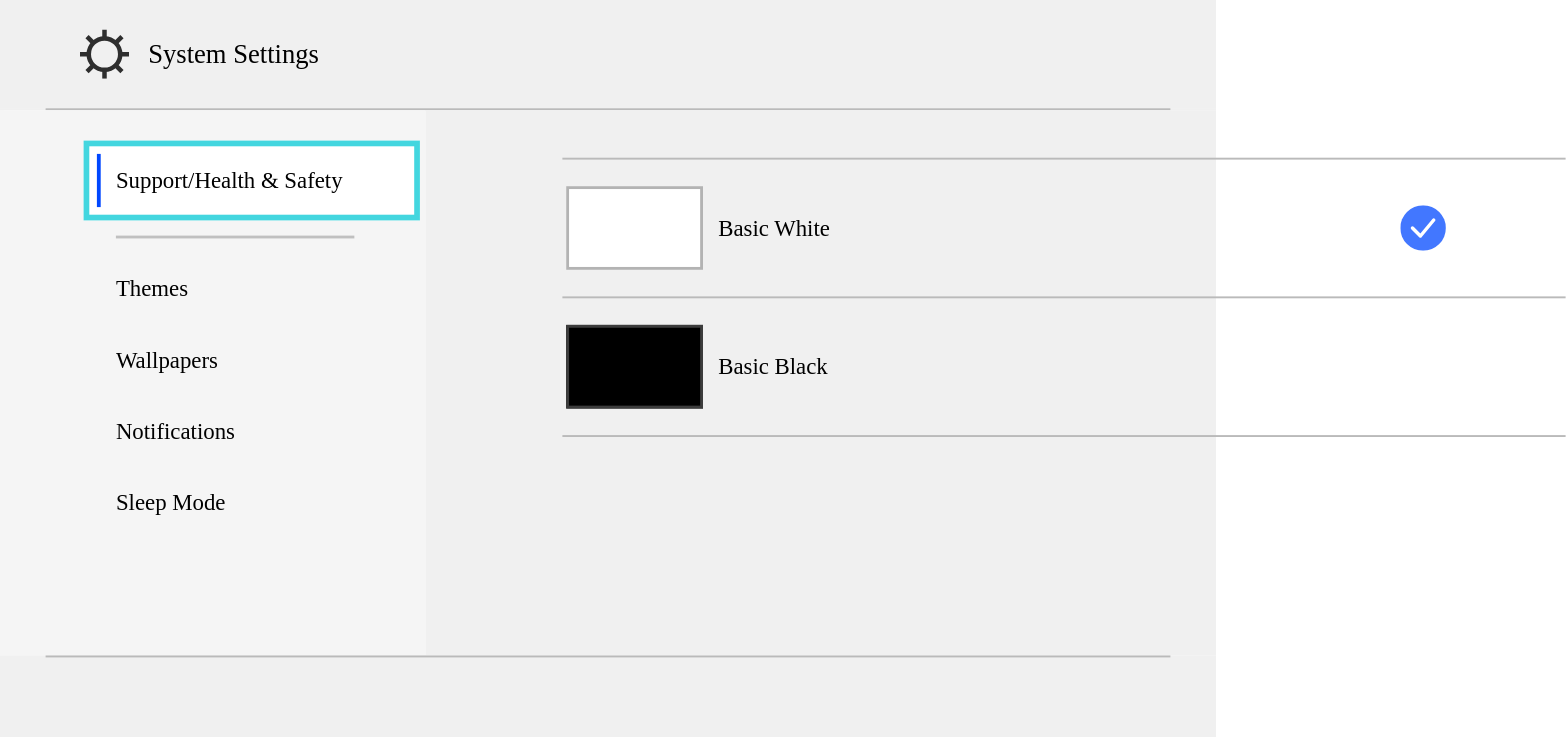
Repository: danielj1415/nintendoSwitchUI2
Page: /settings
The author's editor kept a copy of each file at every save. The page is drawn from the files as they stood at one save, then again after a run of saves.
The browser window is 1280 px wide. The page is 1648 px wide, so the pictures cover 1648 px, including what lies to the right of the window. The pictures show the whole page, at 95% of full size.
The project was rebuilt for these pictures with package versions that can differ from the ones it lists, and the page was loaded fresh each time. Also part of the build but not shown: vite.config.js, src/ScreenHome.jsx.

Above is the page before, as saved 2024-09-30 09:57:28.

### src/App.jsx
import { BrowserRouter as Router, Routes, Route } from "react-router-dom";
import ScreenHome from "./ScreenHome";
import ScreenSettings from "./ScreenSettings";
import './App.css';

function App() {
  return (
    <Router>
      <Routes>
        <Route path="/" element={<ScreenHome />} />
        <Route path="/settings" element={<ScreenSettings />} />
      </Routes>
    </Router>
  );
}

export default App;

### src/ScreenSettings.jsx

import "./ScreenSettings.css";
import iconBrightnessLight from "./assets/icons/iconBrightnessLight.svg";
import { useState, useEffect } from "react";
import iconCheckMark from "./assets/icons/iconCheckMark.svg";

function ScreenSettings(){

    const settingsOptions = [
        { name: "Support/Health & Safety"},
        { name: "Themes"},
        { name: "Wallpapers"},
        { name: "Notifications"},
        { name: "Sleep Mode"},
        //{ name: "Airplane Mode"}, // Add corresponding images for these games
      ];

      const [selectedIndex, setSelectedIndex] = useState(0);
      const [optionsTheme, setOptionsTheme] = useState(true); // true means the user is on the Themes page for the system settings
      const [optionsWallpaper, setOptionsWallpaper] = useState(false); // true means the user is on the Wallpaper page for the system settings

      useEffect(() => {
        const handleKeyDown = (event) => {
          if (event.key === "ArrowDown") {
            event.preventDefault();
            setSelectedIndex((prevIndex) =>
              prevIndex < settingsOptions.length - 1 ? prevIndex + 1 : 0
            );
          } else if (event.key === "ArrowUp") {
            event.preventDefault();
            setSelectedIndex((prevIndex) =>
              prevIndex > 0 ? prevIndex - 1 : settingsOptions.length - 1
            );
          }
        };

        window.addEventListener("keydown", handleKeyDown);

        // Clean up the event listener
        return () => {
          window.removeEventListener("keydown", handleKeyDown);
        };
      }, [settingsOptions.length]);

    return(
        <div className = "settingsScreen">
            <div className = "topMenuSettings">
                <div className = "topMenuRow">
                    <img src = {iconBrightnessLight} className = "iconBrightnessLight marginRight28 marginLeft108"/>
                    <p className = "headingText">System Settings</p>
                </div>
                <div className = "divider"/>
            </div>
            <div className="middleMenuSettings">
            <div className="leftMenuSettings">
            <div className = "spacer"/>
            {/* Render the first option separately */}
            {settingsOptions.slice(0, 1).map((option, index) => (
                <div
                    key={index}
                    className={`leftMenuOptions ${
                        selectedIndex === index ? "selectedOption" : "unselectedOption"
                    }`}
                >
                    {selectedIndex === index && (
                        <div className="selectedOptionLine marginLeft8 marginRight16" />
                    )}
                    <div>
                        <p className={`subheadingText`}>{option.name}</p>
                    </div>
                    {/* Add a line after the first option */}
                    <div className="lineAfterOption"></div>
                </div>
            ))}
            <div className = "square"/>
            {/* Render the remaining options */}
            {settingsOptions.slice(1).map((option, index) => (
            <div
                key={index + 1}  // Offset index for the remaining items
                className={`leftMenuOptions ${
                    selectedIndex === index + 1 ? "selectedOption" : "unselectedOption"
                }`}
            >
                {selectedIndex === index + 1 && (
                    <div className="selectedOptionLine marginLeft8 marginRight16" />
                )}
                <div>
                    <p className={`subheadingText`}>{option.name}</p>
                </div>
            </div>
            ))}
            </div>
                <div className="rightMenuSettings">
                {optionsTheme === true && ( // theme page on system settings
                    <div className = "themePage">
                        <div className = "themeLine marginTop64"></div>
                        <div className = "themeRowSelected marginLeft144">
                            <div className = "themeWhiteRectangle marginRight16 marginLeft32"></div>
                            <p className = "subheadingText">Basic White</p>
                            <img className = "iconCheckMark" src = {iconCheckMark}/>
                        </div>
                        <div className = "themeLine"></div>
                        <div className = "themeRowSelected marginLeft144">
                            <div className = "themeBlackRectangle marginRight16 marginLeft32"></div>
                            <p className = "subheadingText">Basic Black</p>
                        </div>
                        <div className = "themeLine"></div>
                    </div>
                )}
                {optionsWallpaper === true && ( // wallpaper page on system settings
                    <div className = "wallpaperPage">
                        Your mom's wallpaper
                    </div>
                )}
                </div>
            </div>
            <div className = "bottomMenuSettings">
                <div className = "divider"/>
            </div>
        </div>
    )
}

export default ScreenSettings;

### src/App.css
html, body {
  margin: 0;
  padding: 0;
  height: 100%;
  width: 100%;
}

.appScreen{
  display: flex;
  justify-content: center;
  align-items: center;
  height: 100vh;
}

### src/ScreenHome.css

@import "./fonts.css";

/* Set the container to relative positioning */
.homeScreen {
    position: relative;
    width: 100vw;
    height: 100vh;
    overflow-x: hidden;
  }

  /* Set the image to cover the entire container */
  .wallpaper {
    position: absolute;
    top: 0;
    left: 0;
    width: 100%;
    height: 100%;
    object-fit: cover; /* Ensure the image covers the whole area */
    z-index: -1; /* Send the image to the background */
  }

  /* Row of squares */
  .square-row {
    display: flex;
    justify-content: space-between; /* Space the squares evenly */
    position: relative; /* Ensure it's positioned on top of the image */
    width: 100%;
    height: 460px; /* Adjust the height of the row */
    z-index: 1; /* Ensure the row stays above the image */
    top: 50%; /* Vertically center the row */
    transform: translateY(-340px); /* Adjust the top positioning for perfect centering */
    margin-left: 80px;
    gap: 32px;
  }

  /* Individual squares */
  .game {
    flex-shrink: 0;
    width: 360px;
    height: 360px;
    background-color: rgba(255, 255, 255, 0.2); /* Add some transparency */
    backdrop-filter: blur(15px); /* Apply the blur effect to the background */
    transition: all 0.3s ease; /* Smooth transition when selecting */
    display: flex; /* Enable Flexbox */
        justify-content: center; /* Horizontally center the image */
        align-items: center; /* Vertically center the image */
        box-shadow: 0 4px 8px rgba(0, 0, 0, 0.5); /* Add a soft shadow */
  }

  /* Selected game styles */
.game.selected {
    width: 440px; /* Increase the size of the selected game */
    height: 440px;
    transform: translateY(-60px);
  }

  .game-name {
    position: absolute;
    font-family: "Nintendo Switch UI";
    white-space: nowrap; /* Ensure the text stays on one line */
    left: 50%; /* Center the text horizontally */
    transform: translateX(-50%); /* Ensure centering within its container */
    height: 100px;
    top: -100px;
    width: 600px;

  }

  .game-name-text{
    color: #43D6DF;
    font-size: 36px;
    text-align: center;
  }
  .game-image {
    width: 92%;
    height: 92%;
    object-fit: cover; /* Ensure the image covers the entire div */
  }
  .game-image {
    opacity: 0.5; /* Make the image 50% opaque */
    transition: opacity 0.3s ease; /* Smooth transition for the opacity change */
  }

  /* Selected game's image (full opacity) */
  .game.selected .game-image {
    opacity: 1; /* Full opacity for the selected game's image */
  }

  .profileIconContainer{
    display: flex;
    flex-direction: column; /* Ensure the number and image are stacked vertically */
    align-items: center; /* Center the number and image horizontally */
    width: 64px;
    margin-left: 80px;
  }

  .imageProfile{
    width: 48px;
    height: 48px;
    border-radius: 50%;
    border: 3px solid #43D6DF;
    margin-top: -24px;
  }

  .profileFriends{
    font-family: "Nintendo Switch UI";
    font-size: 24px;
    color: #43D6DF
  }

  .circle-row{
    display: flex;
    gap: 28px;
    justify-content: center;
    margin-top: 96px;
  }

  .icons{
    width: 90px;
    height: 90px;
    border-radius: 50%;
    background-color: rgba(255, 255, 255, 0.3); /* Add some transparency */
    box-shadow: 0 4px 8px rgba(0, 0, 0, 0.5); /* Add a soft shadow */
    backdrop-filter: blur(15px);
  }

  .iconRowCircle{
    width: 90px;
    height: 90px;
    border-radius: 50%;
    background-color: rgba(255, 255, 255, 0.3); /* Add some transparency */
    box-shadow: 0 3px 6px rgba(0, 0, 0, 0.3); /* Add a soft shadow */
    backdrop-filter: blur(15px);
    display: flex;
    align-items: center;
    justify-content: center;
    position: relative;
  }

  .iconRowImage{
    width: 48px;
    height: 48px;
  }

  .iconRowImage2{
    width: 52px;
    height: 52px;
    margin-left: 4px;
    margin-top: 4px;
  }


.selectedIcon {
  position: relative;
}

.selectedIcon::before {
  content: "";
  position: absolute;
  top: -4px;
  left: -4px;
  width: calc(100%);
  height: calc(100%);
  border: 4px solid #43D6DF;
  border-radius: 50%;
  pointer-events: none;
}

  .bottomMenu{
    margin-left: 80px;
    margin-right: 80px;
    margin-top: 72px;
  }

  .lineDivider{
    height: 2px;
    width:auto;
    background-color: #ffffff;
  }

  .iconSwitchLight{
    width: 96px;
    height: 44px;
    box-shadow: 0 4px 8px rgba(0, 0, 0, 0.5);
    border-radius: 8px;
  }

  .bottomMenuRow{
    display: flex;
    align-items: center;
    justify-content: space-between;
    margin-top: 28px;
  }

  .bottomMenuRowIcons{
    width: 400px;
    height: 44px;
    display: flex;
    align-items: center;
    justify-content: end;
  }

  .iconA{
    width: 36px;
    height: 36px;
    box-shadow: 0 4px 8px rgba(0, 0, 0, 0.5);
    border-radius: 50%;
  }

  .iconOptions{
    width: 36px;
    height: 36px;
    box-shadow: 0 4px 8px rgba(0, 0, 0, 0.5);
    border-radius: 50%;
  }

  .bottomMenuRowText{
    font-family: "Nintendo Switch UI";
    color: white;
    font-size: 26px;
    text-shadow: 0 0 10px rgba(255, 255, 255, 0.8),
  }

  .marginRight20{
    margin-right: 20px;
  }

  .marginLeft84{
    margin-left: 84px;
  }

  @media (max-height: 800px) and (min-height: 700px)
  {
    .game {
        flex-shrink: 0;
        width: 306px;
        height: 306px;
        background-color: rgba(255, 255, 255, 0.3); /* Add some transparency */
        backdrop-filter: blur(15px); /* Apply the blur effect to the background */
        transition: all 0.3s ease; /* Smooth transition when selecting */
        display: flex; /* Enable Flexbox */
        justify-content: center; /* Horizontally center the image */
        align-items: center; /* Vertically center the image */
        box-shadow: 0 4px 8px rgba(0, 0, 0, 0.5); /* Add a soft shadow */
      }

      /* Selected game styles */
    .game.selected {
        width: 380px; /* Increase the size of the selected game */
        height: 380px;
        transform: translateY(-60px);
      }
      .game-name-text{
        color: #43D6DF;
        font-size: 32px;
        text-align: center;
      }
      .game-name {
        position: absolute;
        font-family: "Nintendo Switch UI";
        white-space: nowrap; /* Ensure the text stays on one line */
        left: 50%; /* Center the text horizontally */
        transform: translateX(-50%); /* Ensure centering within its container */
        height: 100px;
        top: -80px;
        width: 600px;
      }
      .square-row {
        display: flex;
        justify-content: space-between; /* Space the squares evenly */
        position: relative; /* Ensure it's positioned on top of the image */
        width: 100%;
        height: 360px; /* Adjust the height of the row */
        z-index: 1; /* Ensure the row stays above the image */
        top: 50%; /* Vertically center the row */
        transform: translateY(-280px); /* Adjust the top positioning for perfect centering */
        margin-left: 80px;
        gap: 32px;
      }
      .game-image {
        width: 92%;
        height: 92%;
        object-fit: cover; /* Ensure the image covers the entire div */
      }
      .game-image {
        opacity: 0.5; /* Make the image 50% opaque */
        transition: opacity 0.3s ease; /* Smooth transition for the opacity change */
      }

      /* Selected game's image (full opacity) */
      .game.selected .game-image {
        opacity: 1; /* Full opacity for the selected game's image */
      }
      .circle-row{
        display: flex;
        gap: 28px;
        justify-content: center;
        margin-top: 96px;
        height: 1px;
      }

      .icons{
        width: 72px;
        height: 72px;
        border-radius: 50%;
        background-color: rgba(255, 255, 255, 0.3); /* Add some transparency */
        box-shadow: 0 4px 8px rgba(0, 0, 0, 0.5); /* Add a soft shadow */
        backdrop-filter: blur(15px);
      }

      .iconRowCircle{
        width: 72px;
        height: 72px;
        border-radius: 50%;
        background-color: rgba(255, 255, 255, 0.3); /* Add some transparency */
        box-shadow: 0 3px 6px rgba(0, 0, 0, 0.3); /* Add a soft shadow */
        backdrop-filter: blur(15px);
        display: flex;
        align-items: center;
        justify-content: center;
        position: relative;
      }

      .iconRowImage{
        width: 40px;
        height: 40px;
      }

      .iconRowImage2{
        width: 48px;
        height: 48px;
        margin-left: 4px;
        margin-top: 4px;
      }


    .selectedIcon {
      position: relative;
    }

    .selectedIcon::before {
      content: "";
      position: absolute;
      top: -4px;
      left: -4px;
      width: calc(100%);
      height: calc(100%);
      border: 4px solid #43D6DF;
      border-radius: 50%;
      pointer-events: none;
    }
    .bottomMenu{
      margin-left: 80px;
      margin-right: 80px;
      height: 1px;
      margin-top: 108px;
    }

    .lineDivider{
      height: 2px;
      width:auto;
      background-color: #ffffff;
    }

    .iconSwitchLight{
      width: 84px;
      height: 52px;
      margin-top: 16px;
    }
    .bottomMenuRow{
      display: flex;
      align-items: center;
      justify-content: space-between;
      margin-top: 4px;
    }
    .iconA{
      width: 28px;
      height: 28px;
      box-shadow: 0 4px 8px rgba(0, 0, 0, 0.5);
      border-radius: 50%;
    }

    .iconOptions{
      width: 28px;
      height: 28px;
      box-shadow: 0 4px 8px rgba(0, 0, 0, 0.5);
      border-radius: 50%;
    }

    .bottomMenuRowText{
      font-family: "Nintendo Switch UI";
      color: white;
      font-size: 22px;
      text-shadow: 0 0 10px rgba(255, 255, 255, 0.8),
    }

}
@media (max-height: 920px) and (min-height: 800px)
{
  .lineDivider{
    height: 2px;
    width:auto;
    background-color: white;
  }
  .square-row {
    transform: translateY(-320px); /* Adjust the top positioning for perfect centering */
  }
  .circle-row{
    margin-top: 72px;
  }
}

### src/ScreenSettings.css

    @import "./fonts.css";

    .topMenuSettings{
        width: 100%;
        background-color: #F0F0F0;
    }

    .topMenuRow{
        display: flex;
        align-items: center;
        background-color: #F0F0F0;
        height: 142px;
    }

    .bottomMenuSettings{
        width: 100%;
        height: 116px;
        background-color: #F0F0F0;
    }

    .middleMenuSettings{
        display: flex;
    }

    .leftMenuSettings{
        width: 32%;
        height: 690px;
        background-color: #F5F5F5;
    }

    .rightMenuSettings{
        width: 68%;
        height: 690px;
        background-color: #F0F0F0;
    }

    .iconBrightnessLight{
        width: 66px;
        height: 66px;
    }

    .headingText{
        font-size: 34px;
        font-family: "Nintendo Switch UI";
    }

    .marginRight28{
        margin-right: 28px;
    }

    .marginLeft108{
        margin-left: 108px;
    }

    .divider{
        height: 2px;
        margin-left:48px;
        margin-right: 48px;
        background-color: #bababa;
        justify-content: center;
    }

    .subheadingText{
        font-family: "Nintendo Switch UI";
        font-size: 30px;
    }

    .bottomMenuSettings{
        z-index: 1;
        position: absolute;
    }
    .selectedOption {
        width: 432px;
        height: 94px;
        background-color: #FFFFFF;
        border: 6px solid #43D6DF;
        display: flex; /* Use flexbox to align the blue line and text horizontally */
        align-items: center; /* Vertically center the items inside */
        margin-left: 122px;
    }
    .unselectedOption{
        margin-left: 160px;
        display: flex; /* Use flexbox to align the blue line and text horizontally */
        align-items: center; /* Vertically center the items inside */
    }
    .selectedOptionSub{
        display: flex;
        align-items: center;
        height: 72px;
    }
    .marginLeft8{
        margin-left: 8px;
    }

    .marginRight16{
        margin-right: 18px;
    }

    .marginLeftselectedOption{
        margin-left: 88px;
    }

    .spacer{
        width: 4px;
        height: 32px;
        background-color: #F5F5F5;
    }

    .square {
        width: 432px;    /* Set the width of the square */
        height: 2px;   /* Set the height of the square */
        background-color: #bababa; /* You can change the color of the square */
        margin-top: 16px;
        margin-bottom: 16px;
        margin-left: 128px;
    }

    .selectedOptionLine{
        height: 72px;
        width: 6px;
        background-color: #0047FF;
    }

    .themeLine{
        height: 2px;
        width: 1056px;
        margin-left: 144px;
        background-color: #bababa;
    }

    .themeRow{
        display: flex;
        align-items: center;
        background-color: red;
        height: 88px;
    }

    .themeWhiteRectangle{
        width: 138px;
        height: 82px;
        background-color: white;
        border: 3px solid #B3B3B3;
    }

    .themeBlackRectangle{
        width: 138px;
        height: 82px;
        background-color: black;
        border: 3px solid #3C3C3C;
    }

    .marginLeft174{
        margin-left: 174px;
    }

    .marginTop32{
        margin-top: 16px;
    }

    .marginTop64{
        margin-top: 64px;
    }

    .iconCheckMark{
        width: 48px;
        height: 48px;
        margin-left: 600px;
    }

    .themeRowSelected{
        display: flex;
        align-items: center;
        width: 1056px;
        height: 144px;
    }

    .marginLeft144{
        margin-left: 144px;
    }

    .marginLeft32{
        margin-left: 32px;
    }

    @media (max-height: 800px) and (min-height: 700px)
    {
        .headingText{
            font-size: 28px;
            font-family: "Nintendo Switch UI";
        }
        .subheadingText{
            font-family: "Nintendo Switch UI";
            font-size: 24px;
        }
        .iconBrightnessLight{
            width: 52px;
            height: 52px;
        }
        .leftMenuOptions{
            margin-left: 0px;
            margin-top: 0px;
        }
        .marginRight28{
            margin-right: 20px;
        }

        .marginLeft108{
            margin-left: 84px;
        }
        .topMenuRow{
            display: flex;
            align-items: center;
            background-color: #F0F0F0;
            height: 114px;
        }
        .bottomMenuSettings{
            width: 100%;
            height: 86px;
            background-color: #F0F0F0;
        }
        .leftMenuSettings{
            width: 35%;
            height: 574px;
            background-color: #F5F5F5;
        }

        .rightMenuSettings{
            width: 65%;
            height: 574px;
            background-color: #F0F0F0;
        }

        .marginLeft124{
            margin-left: 124px;
        }

        .selectedOption {
            width: 342px;
            height: 72px;
            background-color: #FFFFFF;
            border: 6px solid #43D6DF;
            display: flex; /* Use flexbox to align the blue line and text horizontally */
            align-items: center; /* Vertically center the items inside */
            margin-left: 88px;
        }
        .unselectedOption{
            margin-left: 122px;
            display: flex; /* Use flexbox to align the blue line and text horizontally */
            align-items: center; /* Vertically center the items inside */
        }

        .selectedOptionSub{
            display: flex;
            align-items: center;
            height: 72px;
        }

        .selectedOptionLine{
            height: 56px;
            width: 4px;
            background-color: #0047FF;
        }

        .marginLeft8{
            margin-left: 8px;
        }

        .marginRight16{
            margin-right: 16px;
        }

        .marginLeftselectedOption{
            margin-left: 88px;
        }

        .spacer{
            width: 4px;
            height: 32px;
            background-color: #F5F5F5;
        }

        .square {
            width: 56%;    /* Set the width of the square */
            height: 3px;   /* Set the height of the square */
            background-color: #C0C0C0; /* You can change the color of the square */
            margin-left: 122px;
            margin-top: 16px;
            margin-bottom: 16px;
        }
        .marginTop64{
            margin-top: 50px;
        }
        .marginLeft144{
            margin-left: 116px;
        }

    }

### src/fonts.css

@font-face {
    font-family: "Nintendo Switch";
    src: url("/src/assets/fonts/NINTENDOSWITCHUI.TTF");
  }

Loaded but not shown: index.html (common file); src/main.jsx (common file)

After the next 2 saves:
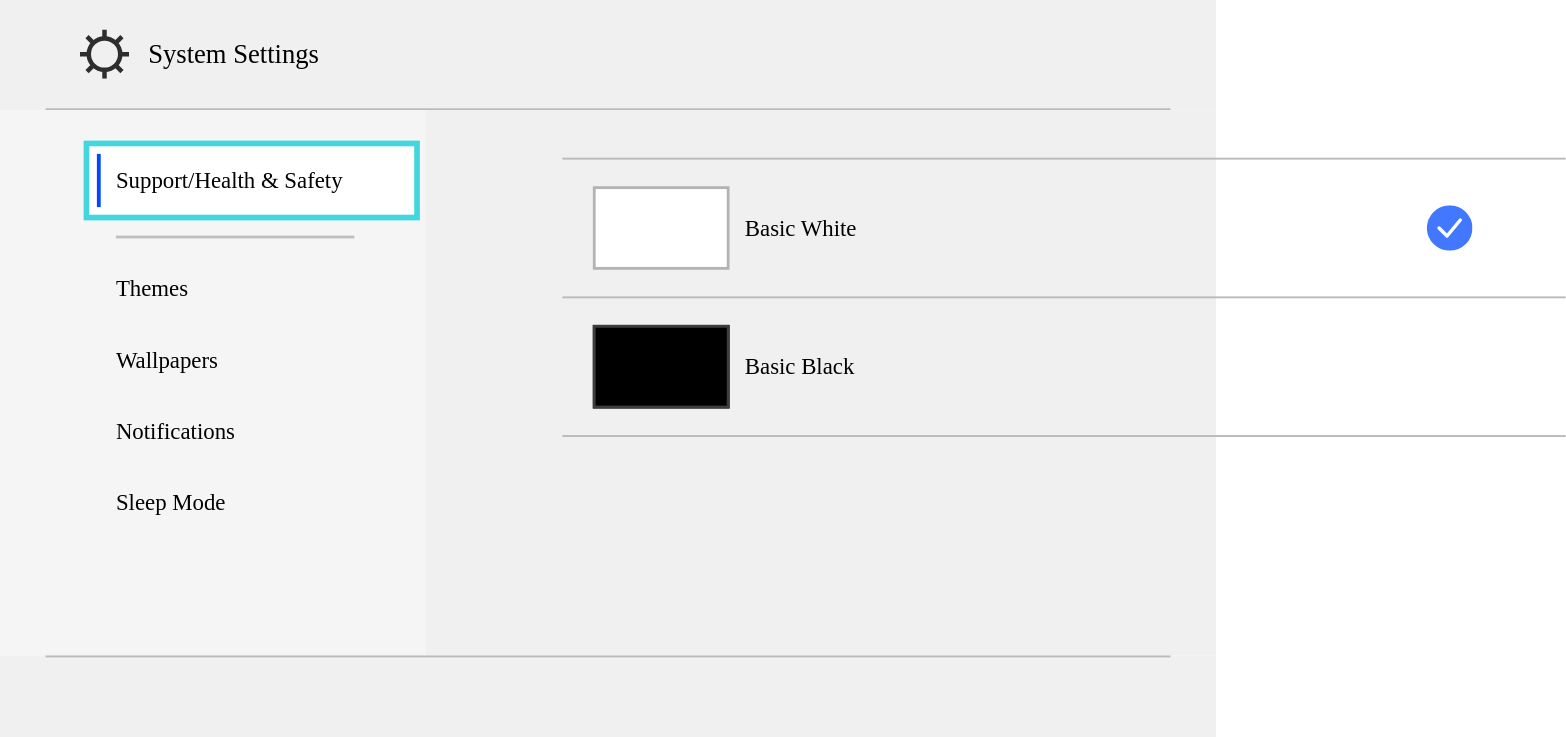
The 2 saves are shown as one change because they came seconds apart.
The last was saved 7 s later.
--- a/src/ScreenSettings.css
+++ b/src/ScreenSettings.css
@@ -291,8 +291,5 @@
         .marginTop64{
             margin-top: 50px;
         }
-        .marginLeft144{
-            margin-left: 116px;
-        }
-
-    }
+
+    }
